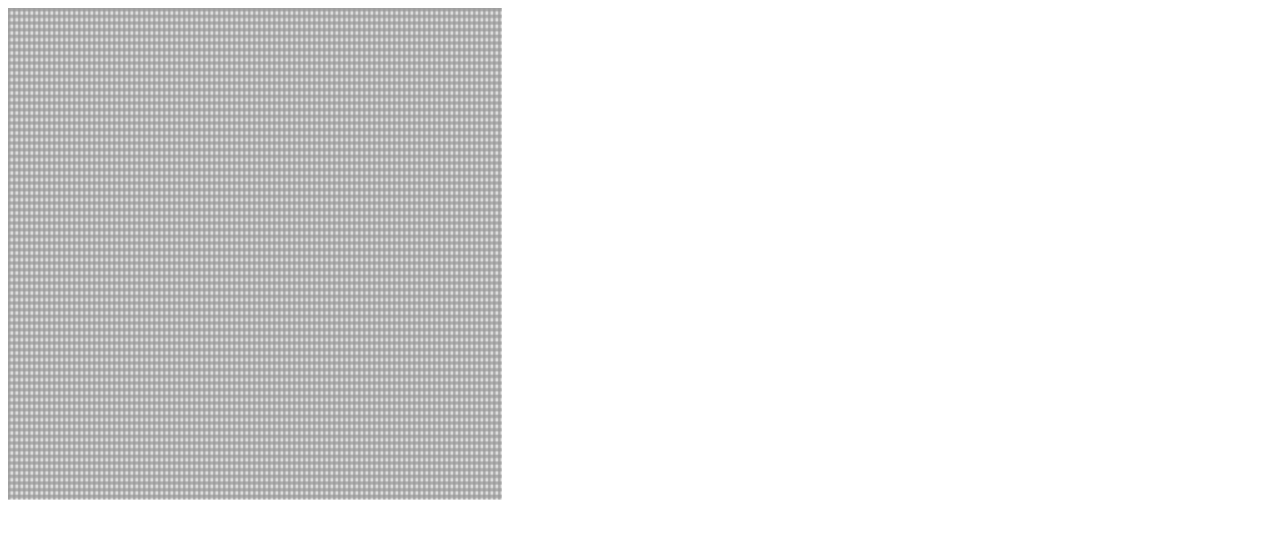
Repository: nishuiwei/nishuiwei.github.io
Page: demo_01.html
The author's editor kept a copy of each file at every save. The page is drawn from the files as they stood at one save, then again after the next save.
The browser window is 1280 px wide. The pictures show the whole page.

Above is the page before, as saved 2019-12-19 10:12:20.

### demo_01.html
<!DOCTYPE html>
<html lang="en">

<head>
  <meta charset="UTF-8">
  <meta name="viewport" content="width=device-width, initial-scale=1.0">
  <meta http-equiv="X-UA-Compatible" content="ie=edge">
  <meta name="卫慧杰" content="w920098695@sina.cn" />
  <meta name="keywords" content="your tags" />
  <meta name="description" content="your description" />
  <meta http-equiv="X-UA-Compatible" content="ie=edge">
  <meta name="COPYRIGHT" content="卫慧杰">
  <title>Document</title>
  <style>
    #canvas {
      margin: 0;
      padding: 0;
      /* background: rgba(0, 0, 0, .8);   */
    }
  </style>
</head>

<body>
  <canvas id="canvas" style="width: 500px; height: 500px;"></canvas>
  <script src="./demo_01.js"></script>
</body>

</html>

### demo_01.js
const canvas = document.getElementById("canvas");
const ctx = canvas.getContext("2d");

const img = document.createElement("img");
img.src = './bg2.jpg';
img.onload = () => {
  canvas.width = img.width;
  canvas.height = img.height;
  ctx.drawImage(img, 0, 0, img.width, img.height);
  const imgData = ctx.getImageData(0, 0, img.width, img.height);
  ctx.clearRect(0, 0, canvas.width, canvas.height);
  getImgData(imgData);
  drawData();
};

const dots = [];
const Dot = function(centerX, centerY, radius, fillStyle) {
  this.x = centerX;
  this.y = centerY;
  this.radius = radius;
  this.fillStyle = fillStyle;
};
Dot.prototype = {
  paint: function() {
    ctx.save();
    ctx.beginPath();
    // arc(x, y, r, startAngle, endAngle, anticlockwise) 以x,y为圆心，以r为半径，从startAngle弧度开始到endAngle弧度结束，anticlosewise是布尔值，true表示逆时针，false表示顺时针，默认是顺时针
    ctx.arc(this.x, this.y, this.radius, 0, 2 * Math.PI);
    ctx.fillStyle = this.fillStyle;
    ctx.fill();
    ctx.restore();
  }
};

function getImgData(imgData) {
  for (var x = 0; x < imgData.width; x += 4) {
    for (var y = 0; y < imgData.height; y += 4) {
      var i = (y * imgData.width + x) * 4;
      if (
        !(
          imgData.data[i] >= 200 &&
          imgData.data[i + 1] >= 200 &&
          imgData.data[i + 2] >= 200
        ) &&
        imgData.data[i + 3] >= 128
      ) {
        // 有颜色值就渲染
        var dot = new Dot(
          x - 3,
          y - 3,
          2,
          `rgba(${imgData.data[i]},${imgData.data[i + 1]},${
            imgData.data[i + 2]
          },${imgData.data[i + 3]})`
        );
        dots.push(dot);
      }
    }
  }
}
function drawData() {
  dots.forEach(function(item) {
    item.paint();
  });
}

After the next save:
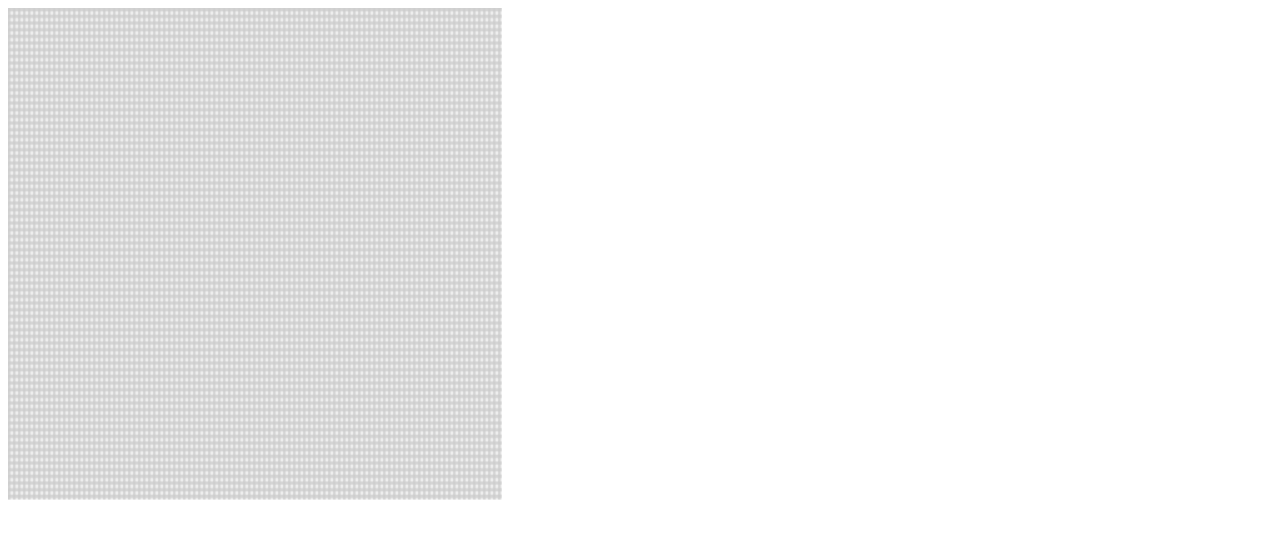
Saved 27 s later.
--- a/demo_01.html
+++ b/demo_01.html
@@ -16,6 +16,7 @@
       margin: 0;
       padding: 0;
       /* background: rgba(0, 0, 0, .8);   */
+      opacity: .5;
     }
   </style>
 </head>
